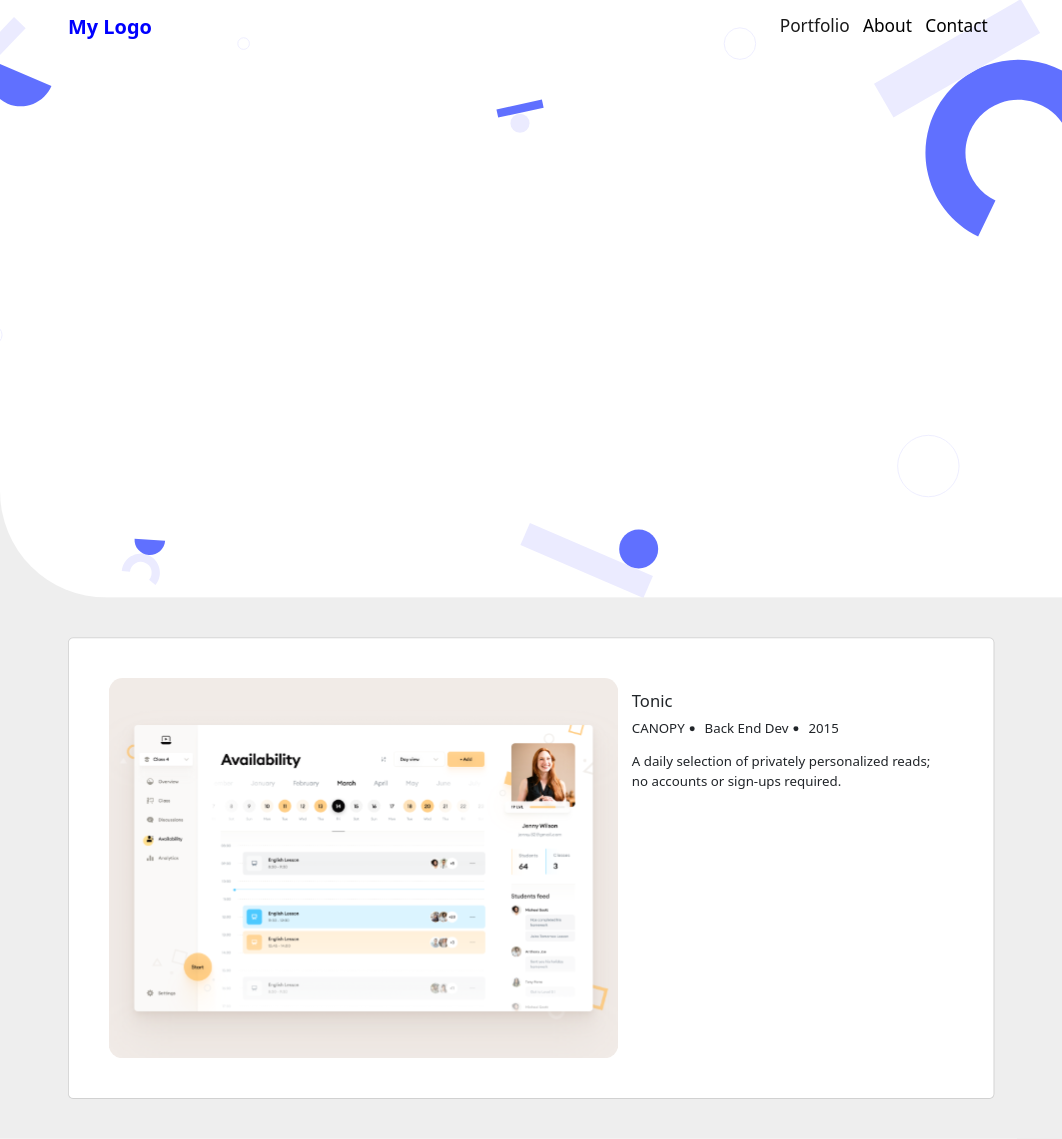
Repository: waelelsafty07/Bootstrap-Portfolio
Page: index.html
An editor plug-in stored every save of this project. The page is shown before and after the next save, followed by the edit.
The browser window is 1280 px wide. The pictures show the whole page, at 83% of full size.

Above is the page before, as saved 2023-04-04 16:53:21.

After the next save:
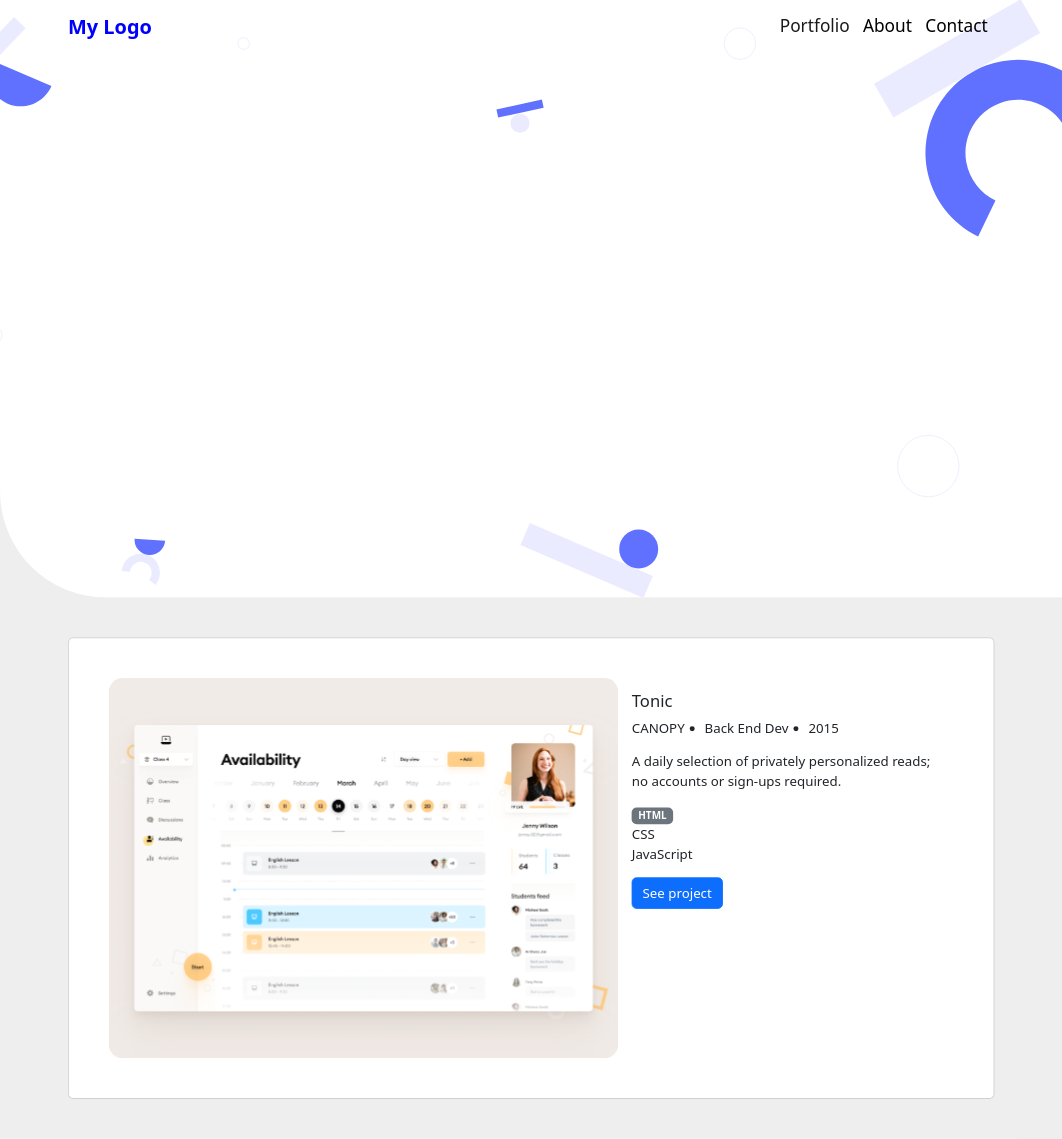
Saved 9 s later.
--- a/index.html
+++ b/index.html
@@ -46,7 +46,7 @@
               </ul>
               <p class="card-text">A daily selection of privately personalized reads; no accounts or sign-ups required.</p>
               <ul class="list-unstyled">
-                <li class="badge bg-secondary>HTML</li>
+                <li class="badge bg-secondary">HTML</li>
                 <li>CSS</li>
                 <li>JavaScript</li>
               </ul>
